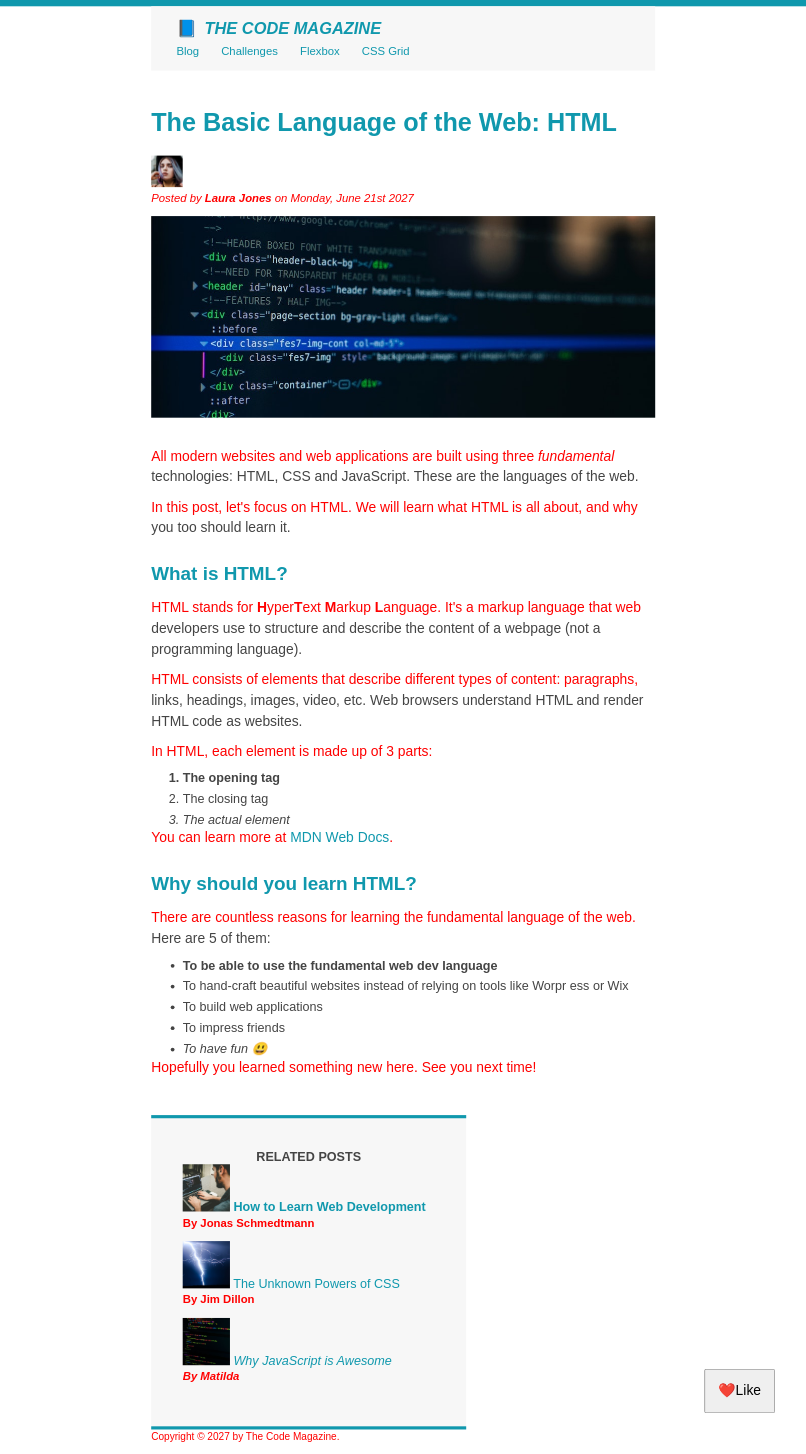
Repository: sunny070/CSS
Page: #1/index.html
These files come from the project's save history. The page is drawn as it stood at one moment and after the next save; the edit follows.
The browser window is 1280 px wide. The pictures show the whole page, at 63% of full size.

Above is the page before, as saved 2023-11-06 12:02:28.

After the next save:
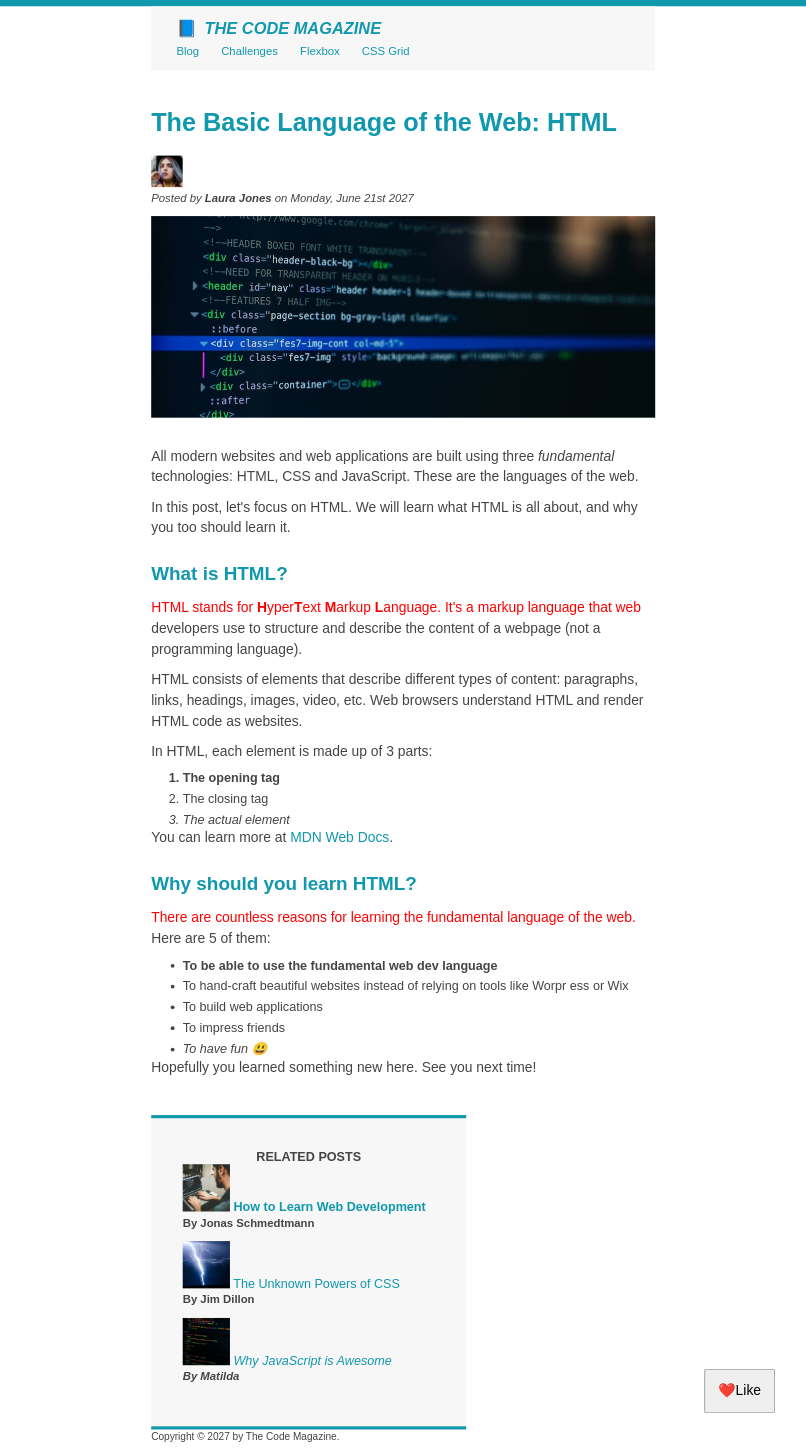
Saved 60 min 50 s later.
--- a/#1/style.css
+++ b/#1/style.css
@@ -206,7 +206,7 @@ h1::first-letter{
     font-style:normal;
     margin-right:5px;
 }
-p::first-line{
+h3 + p::first-line{
     color:red;
 }
 /* resolving conflicts */
